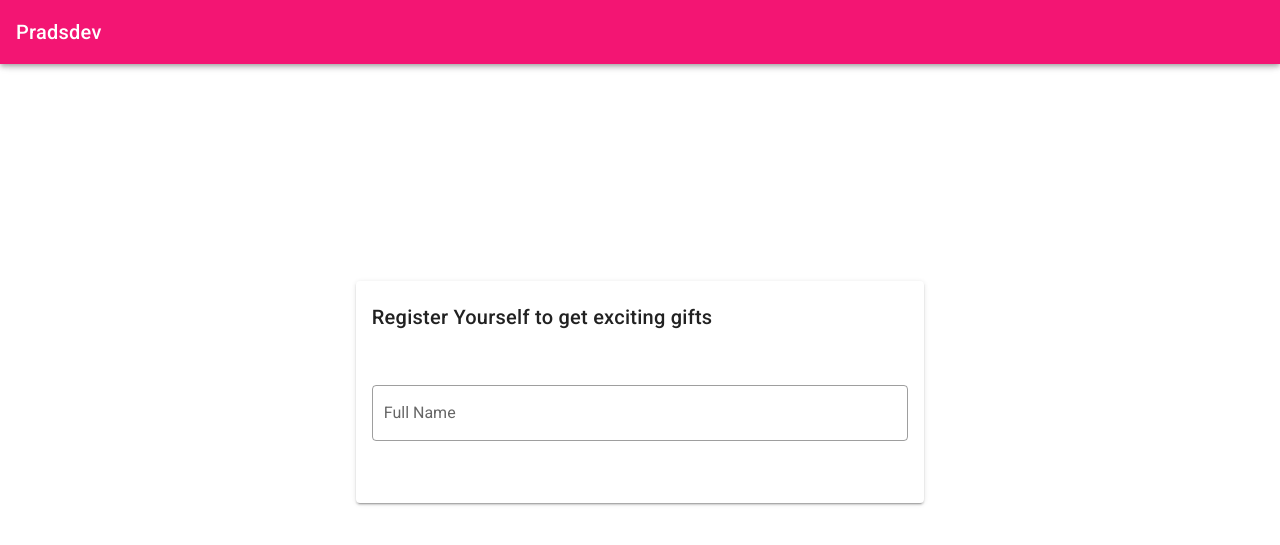
Repository: pradsdev/vue-form-validate
Page: /
These files come from the project's save history. The page is drawn as it stood at one moment and after the next save; the edit follows.
The browser window is 1280 px wide. The pictures show the whole page.
The project was rebuilt for these pictures with package versions that can differ from the ones it lists, and the page was loaded fresh each time. Also part of the build but not shown: vue.config.js.

Above is the page before, as saved 2020-12-21 23:03:28.

After the next save:
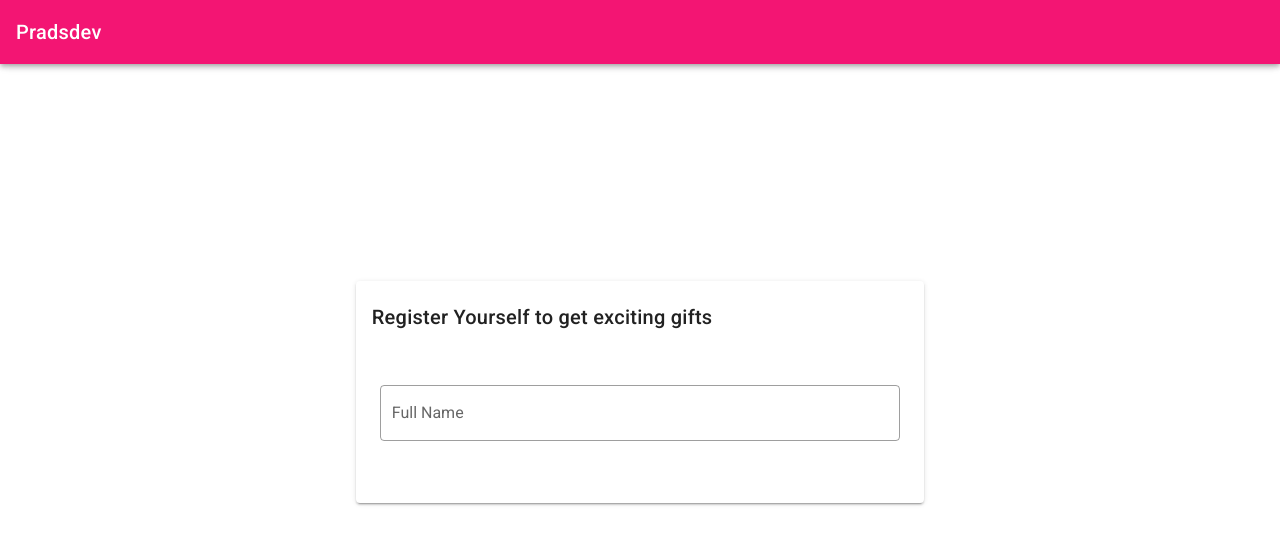
Saved 8 s later.
--- a/src/components/HelloWorld.vue
+++ b/src/components/HelloWorld.vue
@@ -6,7 +6,7 @@
           <v-card-title class="py-5">
             Register Yourself to get exciting gifts
           </v-card-title>
-          <v-form class="mx-4 py-8">
+          <v-form class="mx-6 py-8">
               <v-text-field outlined label="Full Name"/>
           </v-form>
         </v-card>
